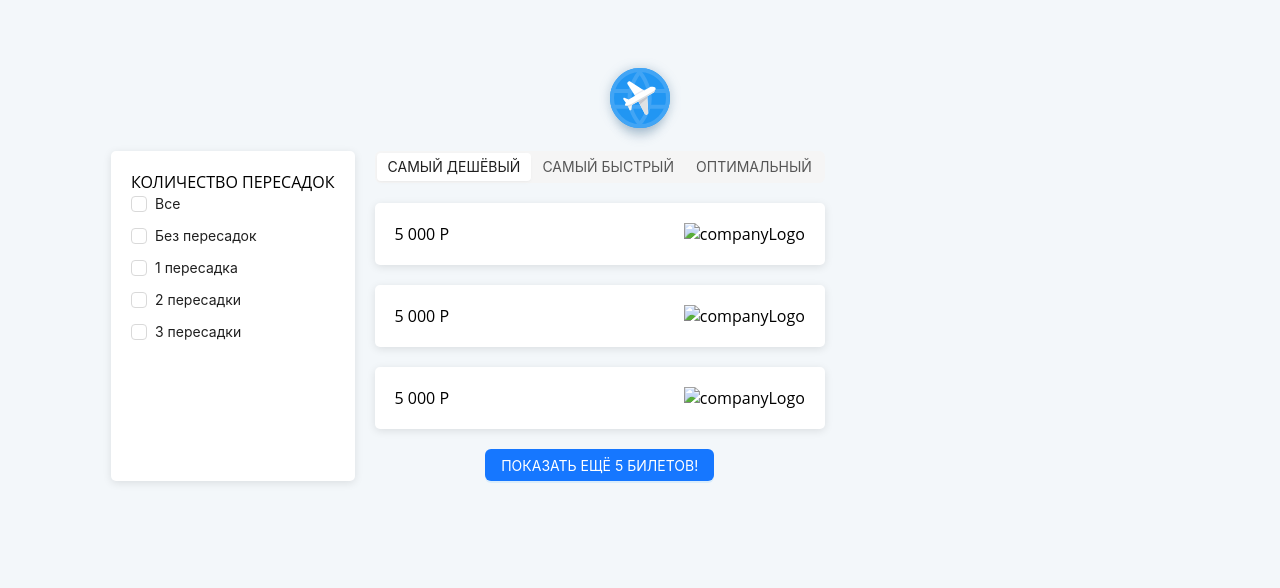
Repository: Dedoxa/aviasalesTickets
Page: /
An editor plug-in stored every save of this project. The page is shown before and after the next save, followed by the edit.
The browser window is 1280 px wide. The pictures show the whole page.
The project was rebuilt for these pictures with package versions that can differ from the ones it lists, and the page was loaded fresh each time. Also part of the build but not shown: vite.config.js.

Above is the page before, as saved 2024-10-19 16:42:11.

After the next save:
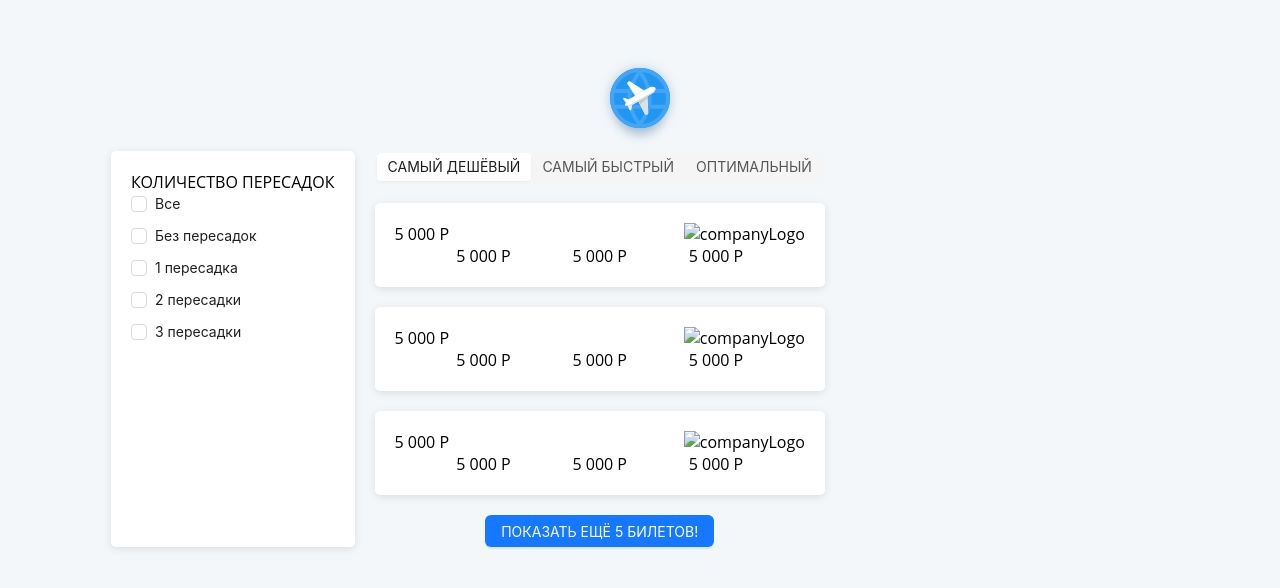
Saved 14 s later.
--- a/src/TicketCard/TicketCard.jsx
+++ b/src/TicketCard/TicketCard.jsx
@@ -10,7 +10,9 @@ const TicketCard = () => {
         <img src="" alt="companyLogo"></img>
       </div>
       <div className={classes.otherTicketInfo}>
-
+        <span>5 000 Р</span>
+        <span>5 000 Р</span>
+        <span>5 000 Р</span>
       </div>
     </div>
   );
